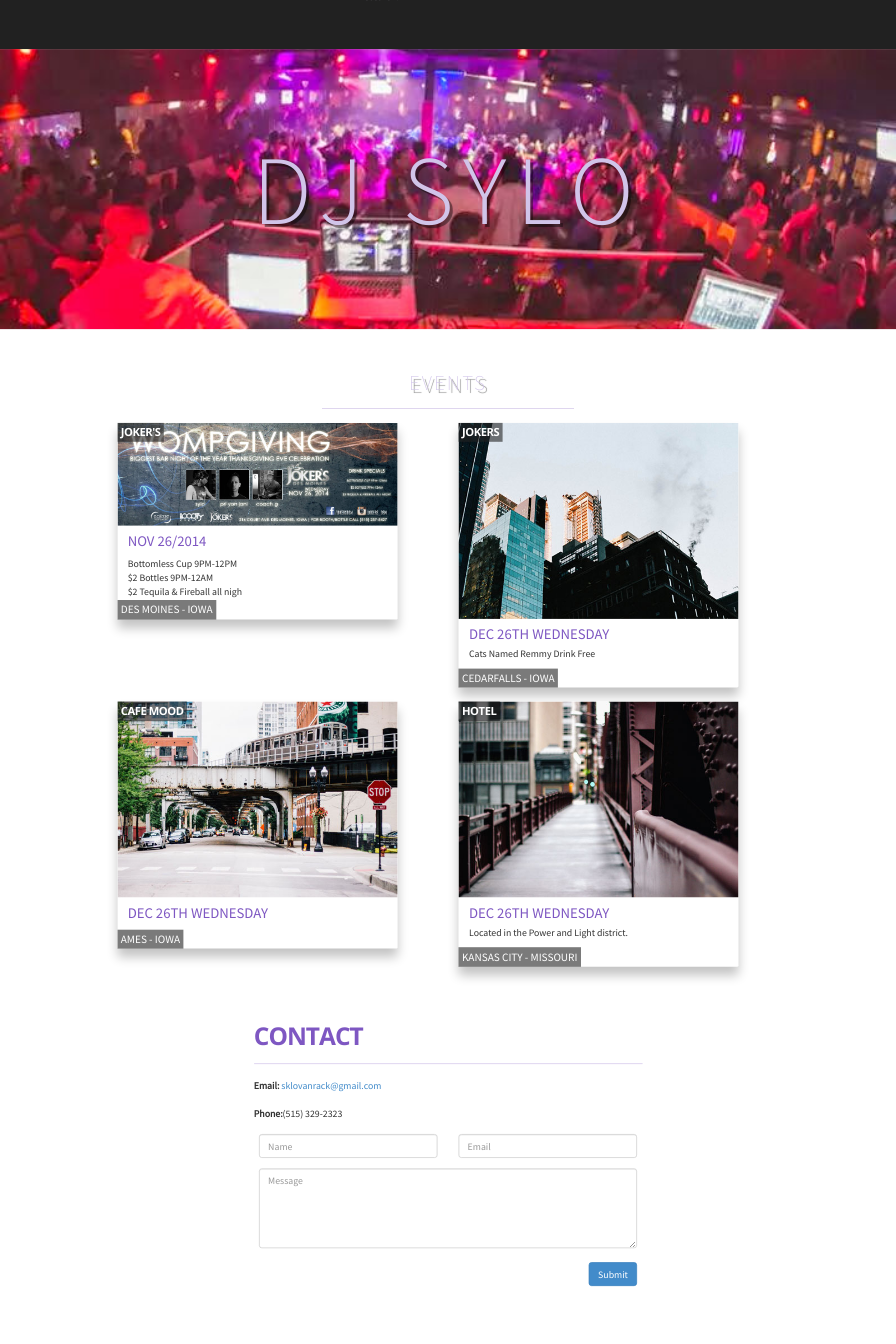
Repository: BambooXLotus/DjSylo
Page: client/index.html
The author's editor kept a record of every edit. The page is drawn from the files as they stood at one moment, then again after the next edit.
The browser window is 1280 px wide. The pictures show the part of the page from y = 1953 to 3873 px (the page is 4188 px tall), at 70% of full size.
Some icons come from a web library that is not loaded, so they are not drawn. Backgrounds fixed to the window are drawn as part of the page. Some web libraries are served in a nearby version.

Above is the page before.

After the next edit:
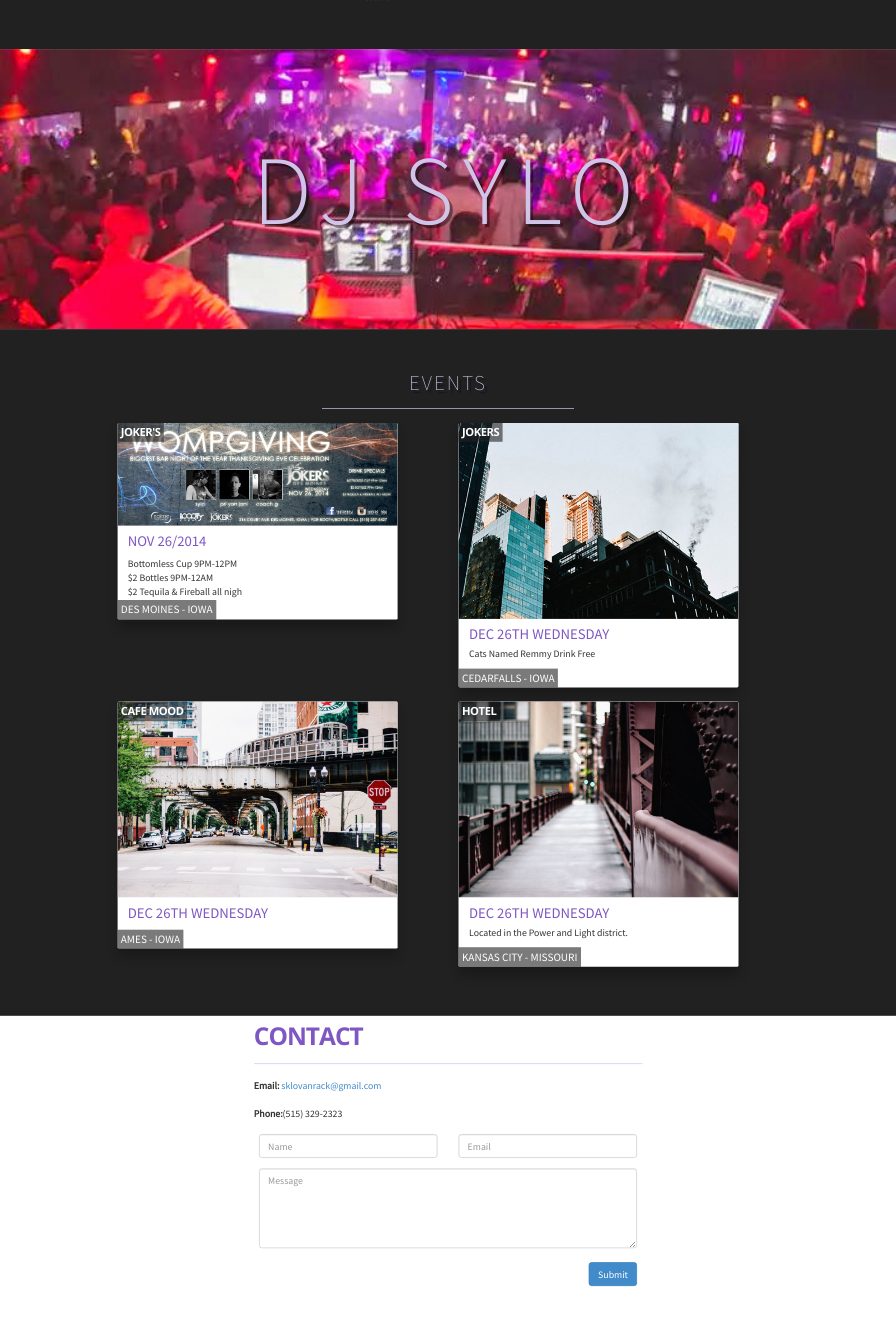
The edit:
--- a/client/css/stylish-portfolio.css
+++ b/client/css/stylish-portfolio.css
@@ -218,6 +218,7 @@
 /* Portfolio */
 
 .portfolio {
+    background: #212121;
   padding: 50px 0;
 }
 .portfolio-item {
